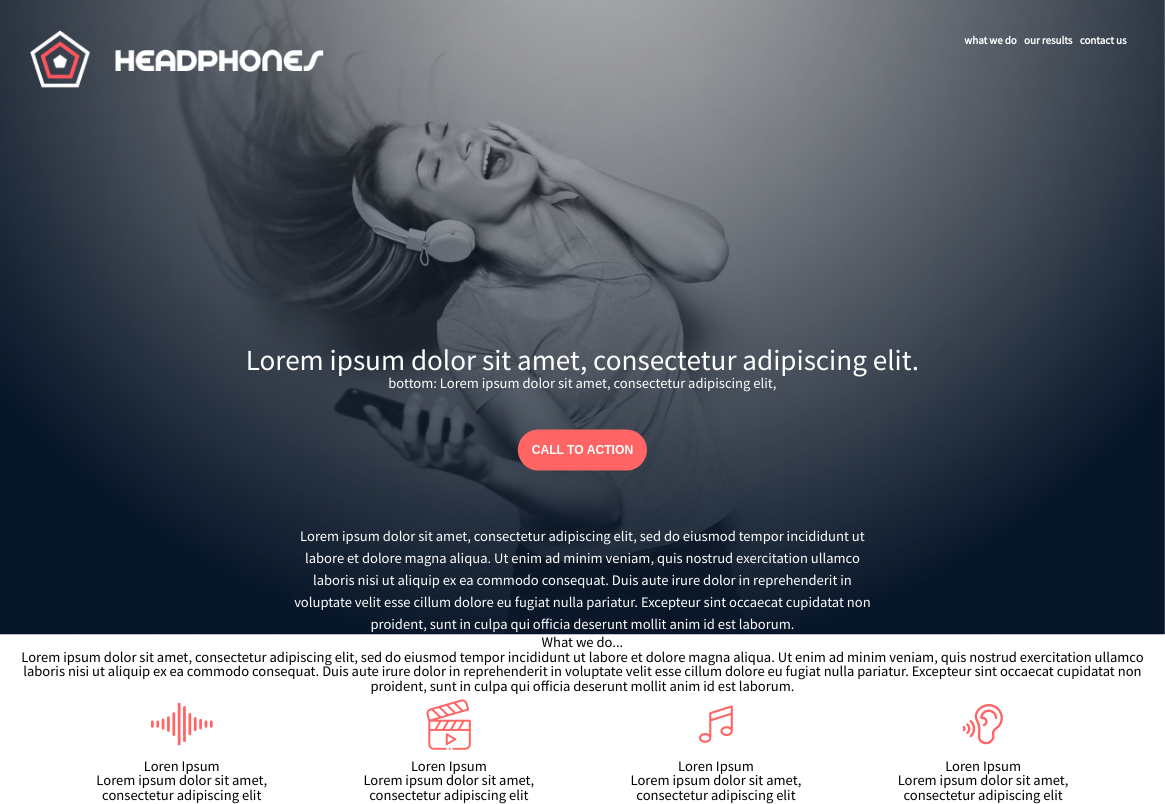
Repository: seleniadelgado/holbertonschool-web_front_end
Page: 0x09-implement_a_design_from_scratch/1-index.html
An editor plug-in stored every save of this project. The page is shown before and after the next save, followed by the edit.
The browser window is 1280 px wide. The pictures show the whole page, at 91% of full size.

Above is the page before, as saved 2020-03-19 16:37:12.

After the next save:
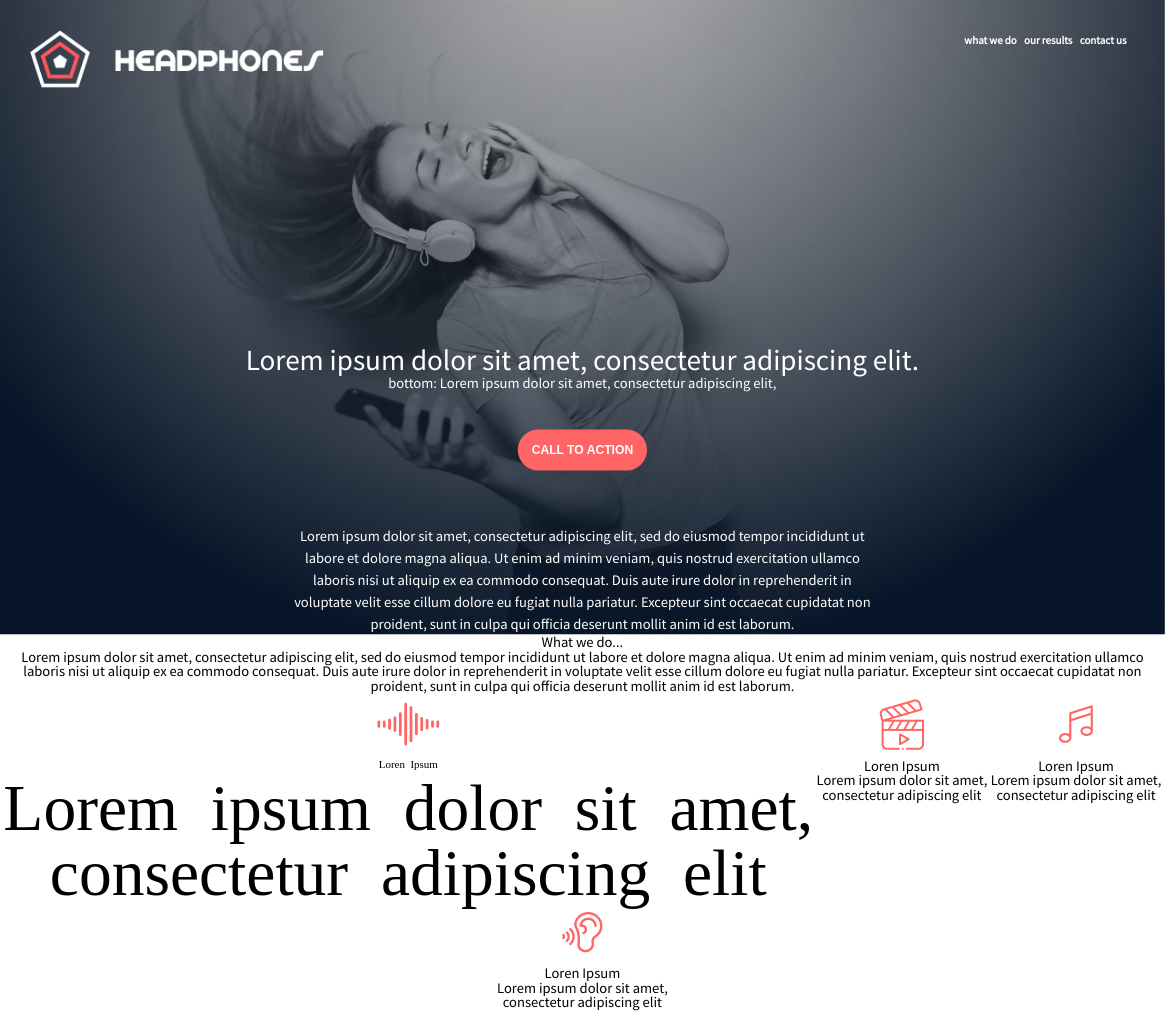
Saved 50 s later.
--- a/0x09-implement_a_design_from_scratch/1-index.html
+++ b/0x09-implement_a_design_from_scratch/1-index.html
@@ -52,8 +52,8 @@
             sunt in culpa qui officia deserunt mollit anim id est laborum.
         </p>
         <div class="grid">
-            <div>
-                <div class="icon, item holberton_school-icon-ic_sound"></div>
+
+                <div class="icon, item holberton_school-icon-ic_sound">
                 <h6>Loren Ipsum</h6>
                 <p>Lorem ipsum dolor sit amet,<br> consectetur adipiscing elit</p>
             </div>

After the save that followed:
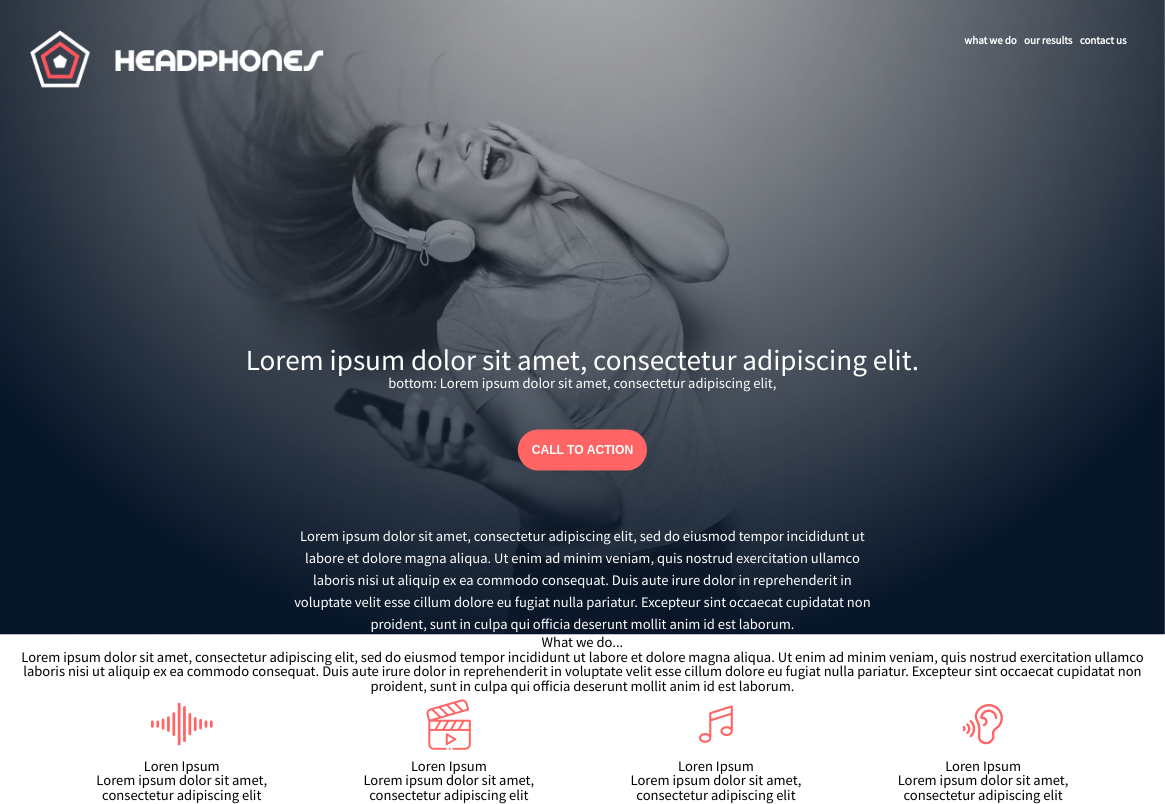
Saved 87 s later.
--- a/0x09-implement_a_design_from_scratch/1-index.html
+++ b/0x09-implement_a_design_from_scratch/1-index.html
@@ -43,7 +43,7 @@
         </div>
     </div>
     </header>
-    <div id="whatWeDo">
+    <div id="whatWeDo"></div>
     <div class="content">
         <h1>What we do...</h1>
         <p> Lorem ipsum dolor sit amet, consectetur adipiscing elit, sed do eiusmod tempor incididunt ut labore et dolore magna aliqua.
@@ -52,8 +52,8 @@
             sunt in culpa qui officia deserunt mollit anim id est laborum.
         </p>
         <div class="grid">
-
-                <div class="icon, item holberton_school-icon-ic_sound">
+            <div>
+                <div class="icon, item holberton_school-icon-ic_sound"></div>
                 <h6>Loren Ipsum</h6>
                 <p>Lorem ipsum dolor sit amet,<br> consectetur adipiscing elit</p>
             </div>
@@ -75,7 +75,6 @@
 
         </div>
     </div>
-    </div>
 
 
 
